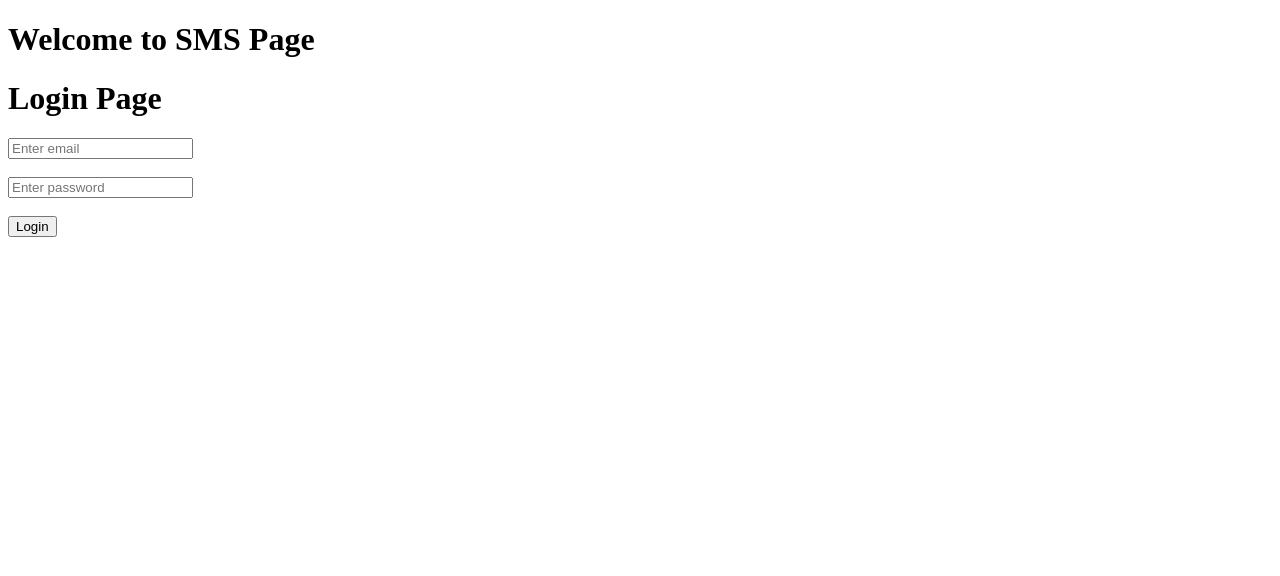
Repository: Madavahari/Servlets
Page: http://localhost/sms/login.jsp
An editor plug-in stored every save of this project. The page is shown before and after the next save, followed by the edit.
The browser window is 1280 px wide. The pictures show the whole page.
The page is served by Tomcat 9. Other server files are loaded and not shown.

Above is the page before, as saved 2024-10-17 03:50:44.

### servlets/sms/src/main/webapp/login.jsp
<%@ page language="java" contentType="text/html; charset=UTF-8"
    pageEncoding="UTF-8"%>
<!DOCTYPE html>
<html>
<head>
<meta charset="UTF-8">
<title>Login Page</title>
</head>
<body>
<h1>Welcome to SMS Page</h1>
<h1>Login Page</h1>
<div>
<form action="login">
<input type="text" name="email" placeholder="Enter email"><br><br>
<input type="text" name="password" placeholder="Enter password"><br><br>
<button type="submit">Login</button>
</form>

</div>
</body>
</html>

After the next save:
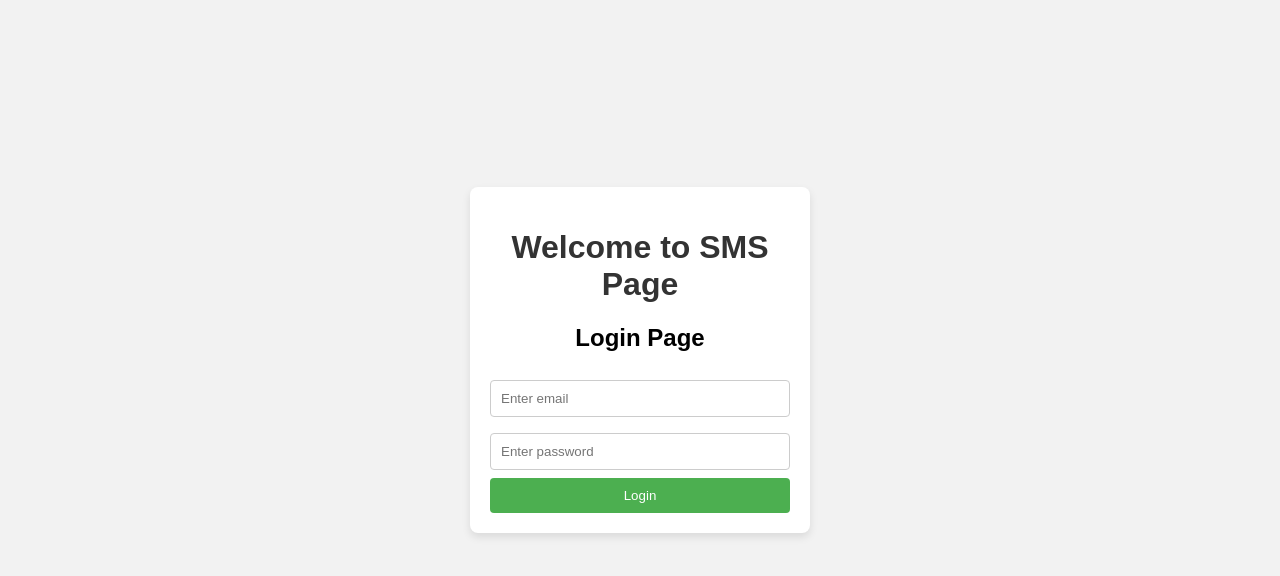
Saved 4 min 6 s later.
--- a/servlets/sms/src/main/webapp/login.jsp
+++ b/servlets/sms/src/main/webapp/login.jsp
@@ -1,21 +1,63 @@
-<%@ page language="java" contentType="text/html; charset=UTF-8"
-    pageEncoding="UTF-8"%>
+<%@ page language="java" contentType="text/html; charset=UTF-8" pageEncoding="UTF-8"%>
 <!DOCTYPE html>
 <html>
 <head>
-<meta charset="UTF-8">
-<title>Login Page</title>
+    <meta charset="UTF-8">
+    <title>Login Page</title>
+    <style>
+        body {
+            font-family: Arial, sans-serif;
+            background-color: #f2f2f2;
+            margin: 0;
+            padding: 0;
+            display: flex;
+            justify-content: center;
+            align-items: center;
+            height: 100vh;
+        }
+        h1 {
+            color: #333;
+            text-align: center;
+        }
+        .login-container {
+            background-color: #fff;
+            padding: 20px;
+            border-radius: 8px;
+            box-shadow: 0 4px 8px rgba(0, 0, 0, 0.1);
+            width: 300px;
+            text-align: center;
+        }
+        input[type="text"], input[type="password"] {
+            width: 100%;
+            padding: 10px;
+            margin: 8px 0;
+            border: 1px solid #ccc;
+            border-radius: 4px;
+            box-sizing: border-box;
+        }
+        button {
+            background-color: #4CAF50;
+            color: white;
+            padding: 10px 20px;
+            border: none;
+            border-radius: 4px;
+            cursor: pointer;
+            width: 100%;
+        }
+        button:hover {
+            background-color: #45a049;
+        }
+    </style>
 </head>
 <body>
-<h1>Welcome to SMS Page</h1>
-<h1>Login Page</h1>
-<div>
-<form action="login">
-<input type="text" name="email" placeholder="Enter email"><br><br>
-<input type="text" name="password" placeholder="Enter password"><br><br>
-<button type="submit">Login</button>
-</form>
-
-</div>
+    <div class="login-container">
+        <h1>Welcome to SMS Page</h1>
+        <h2>Login Page</h2>
+        <form action="login">
+            <input type="text" name="email" placeholder="Enter email"><br>
+            <input type="password" name="password" placeholder="Enter password"><br>
+            <button type="submit">Login</button>
+        </form>
+    </div>
 </body>
 </html>
